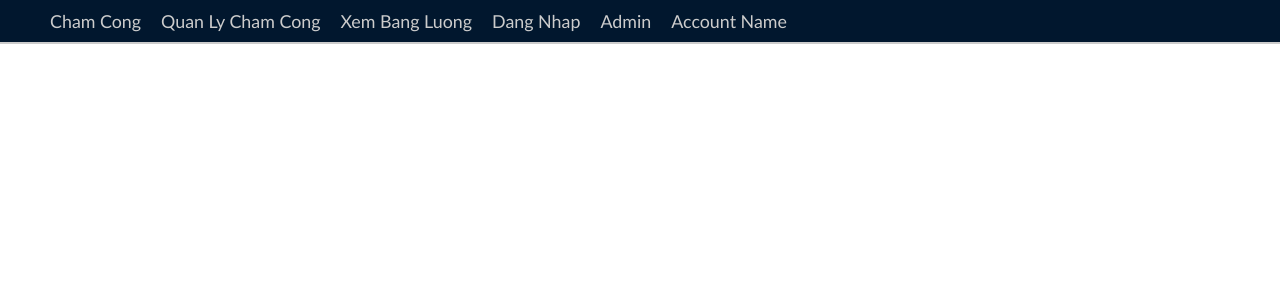
Repository: LDDUNG2003/a
Page: index.html
An editor plug-in stored every save of this project. The page is shown before and after the next save, followed by the edit.
The browser window is 1280 px wide. The pictures show the whole page.

Above is the page before, as saved 2023-10-13 23:50:41.

After the next save:
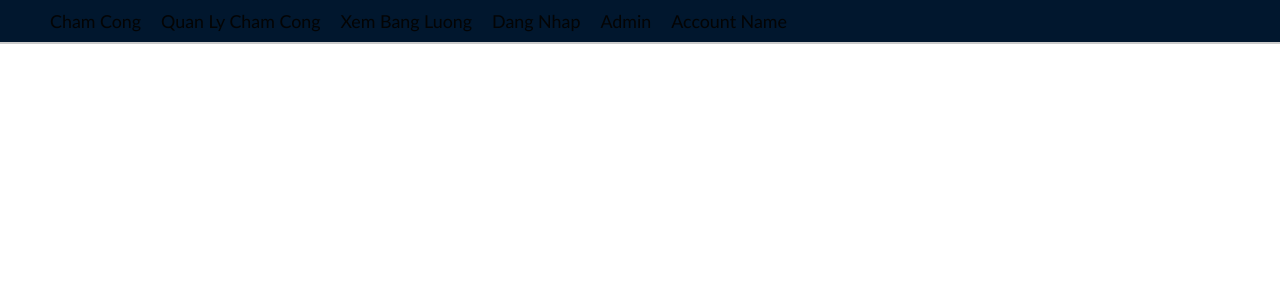
Saved 30 s later.
--- a/controlView/css/base.css
+++ b/controlView/css/base.css
@@ -1,6 +1,6 @@
 :root {
     --primary-color: #0066cc;
-    --text-color: #ccc;
+    --text-color: #040404;
 }
 
 * {
